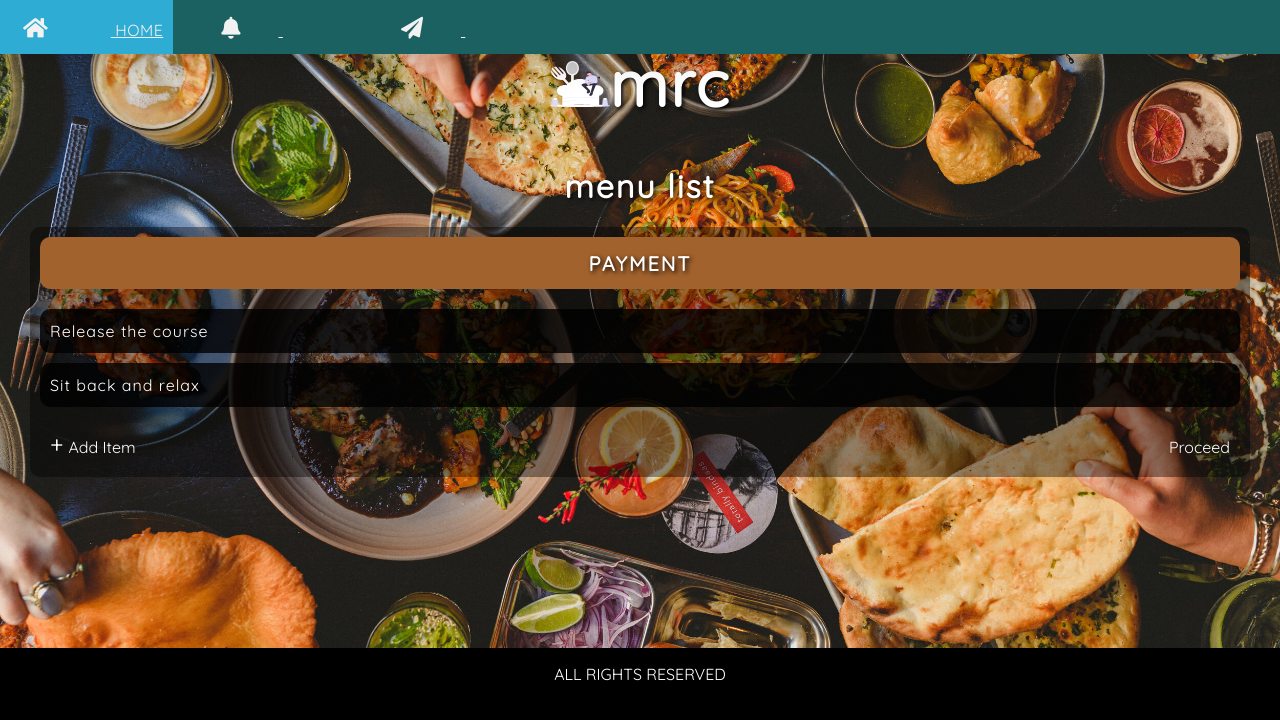
Repository: Anasooya2601/drag-and-drop
Page: home.html
These files come from the project's save history. The page is drawn as it stood at one moment and after the next save; the edit follows.
The browser window is 1280 px wide. The pictures show the whole page.
Some web libraries are served in a nearby version.

Above is the page before, as saved 2021-02-15 23:31:53.
Console error: TypeError: Cannot set properties of null (setting 'textContent')

After the next save:
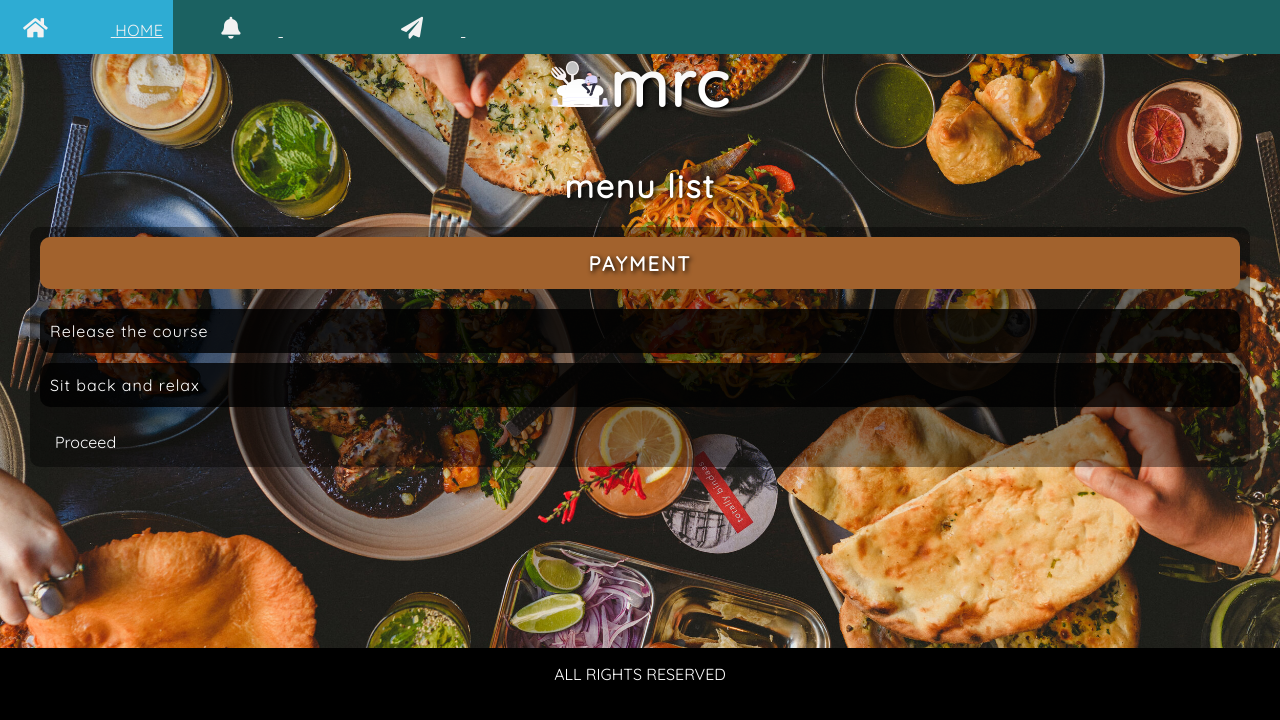
Saved 5 s later.
--- a/home.html
+++ b/home.html
@@ -50,10 +50,10 @@
                 <ul class="drag-item-list" id="backlog-list" ondrop="drop(event)" ondragover="allowDrop(event)" ondragenter="dragEnter(0)"></ul>
             </div>
             <div class="add-btn-group">
-                <div class="add-btn" onclick="showInputBox(1)">
+                <!-- <div class="add-btn" onclick="showInputBox(1)">
                     <span class="plus-sign">+</span>
                     <span>Add Item</span>
-                </div>
+                </div> -->
                 <div class="add-btn" onclick="showInputBox(1)">
                     <span class="plus-sign"></span>
                     <span>Proceed</span>
